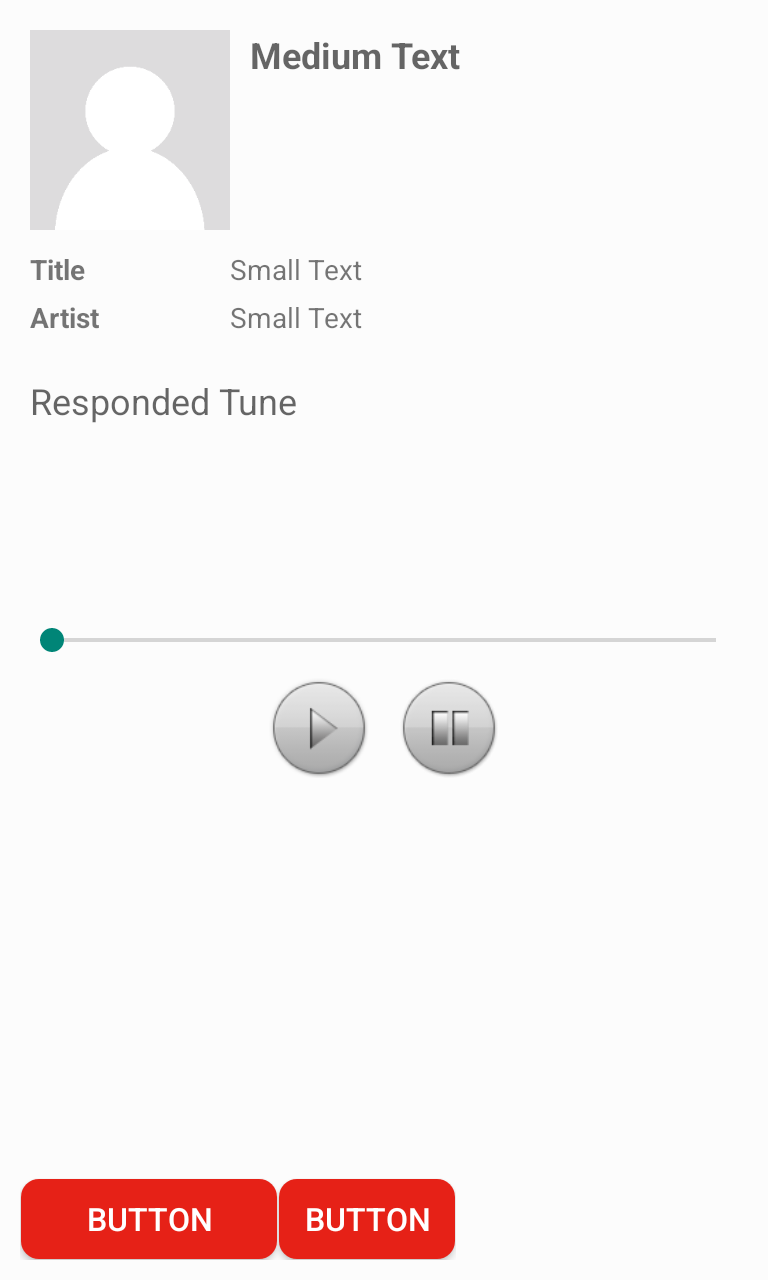
Repository: savindra/cutting-edge
Layout: Humzearch/res/layout/view_response_item.xml
These files come from the project's save history. The layout is drawn as it stood at one moment and after the next save; the edit follows.
It is drawn on a 768 x 1280 px phone screen (xhdpi) without system bars, with theme AppTheme; the app's code is not run.

Above is the layout before, as saved 2015-06-15 17:46:03.

### Humzearch/res/layout/view_response_item.xml
<?xml version="1.0" encoding="utf-8"?>
<RelativeLayout xmlns:android="http://schemas.android.com/apk/res/android"
    android:layout_width="match_parent"
    android:layout_height="match_parent"
    android:background="@color/background"
    android:orientation="vertical" >

    <ImageView
        android:id="@+id/imgViewResponseItemUser"
        android:layout_width="100dp"
        android:layout_height="100dp"
        android:layout_alignParentLeft="true"
        android:layout_alignParentTop="true"
        android:layout_marginLeft="15dp"
        android:layout_marginTop="15dp"
        android:src="@drawable/ic_default_user" />

    <LinearLayout
        android:id="@+id/linearLayout1"
        android:layout_width="wrap_content"
        android:layout_height="wrap_content"
        android:layout_alignParentLeft="true"
        android:layout_below="@+id/imgViewResponseItemUser"
        android:layout_marginLeft="15dp"
        android:layout_marginTop="10dp" >

        <TextView
            android:id="@+id/textView1"
            android:layout_width="100dp"
            android:layout_height="wrap_content"
            android:text="@string/title"
            android:textAppearance="?android:attr/textAppearanceSmall"
            android:textStyle="bold" />

        <TextView
            android:id="@+id/txtViewResponseItemTitle"
            android:layout_width="wrap_content"
            android:layout_height="wrap_content"
            android:text="Small Text"
            android:textAppearance="?android:attr/textAppearanceSmall" />
    </LinearLayout>

    <TextView
        android:id="@+id/txtViewResponseName"
        android:layout_width="wrap_content"
        android:layout_height="wrap_content"
        android:layout_alignTop="@+id/imgViewResponseItemUser"
        android:layout_marginLeft="10dp"
        android:layout_toRightOf="@+id/imgViewResponseItemUser"
        android:text="Medium Text"
        android:textAppearance="?android:attr/textAppearanceMedium"
        android:textStyle="bold" />

    <LinearLayout
        android:id="@+id/linearLayout2"
        android:layout_width="wrap_content"
        android:layout_height="wrap_content"
        android:layout_alignLeft="@+id/linearLayout1"
        android:layout_below="@+id/linearLayout1"
        android:layout_marginTop="5dp" >

        <TextView
            android:id="@+id/textView2"
            android:layout_width="100dp"
            android:layout_height="wrap_content"
            android:text="@string/artist"
            android:textAppearance="?android:attr/textAppearanceSmall"
            android:textStyle="bold" />

        <TextView
            android:id="@+id/textView3"
            android:layout_width="wrap_content"
            android:layout_height="wrap_content"
            android:text="Small Text"
            android:textAppearance="?android:attr/textAppearanceSmall" />
    </LinearLayout>

    <TextView
        android:id="@+id/textView4"
        android:layout_width="wrap_content"
        android:layout_height="wrap_content"
        android:layout_alignLeft="@+id/linearLayout2"
        android:layout_below="@+id/linearLayout2"
        android:layout_marginTop="20dp"
        android:text="@string/respondedtune"
        android:textAppearance="?android:attr/textAppearanceMedium" />

    <SeekBar
        android:id="@+id/seekBar1"
        android:layout_width="match_parent"
        android:layout_height="wrap_content"
        android:layout_alignParentLeft="true"
        android:layout_centerVertical="true"
        android:layout_margin="10dp" />

    <LinearLayout
        android:layout_width="match_parent"
        android:layout_height="wrap_content"
        android:layout_below="@+id/seekBar1"
        android:gravity="center" >

        <Button
            android:id="@+id/button1"
            android:layout_width="50dp"
            android:layout_height="50dp"
            android:layout_marginRight="15dp"
            android:background="@drawable/play_button" />

        <Button
            android:id="@+id/button2"
            android:layout_width="50dp"
            android:layout_height="50dp"
            android:background="@drawable/pause_button" />

    </LinearLayout>

    <LinearLayout
        android:layout_width="wrap_content"
        android:layout_height="wrap_content"
        android:layout_alignParentBottom="true"
        android:layout_alignParentLeft="true"
        android:layout_margin="10dp"
        android:orientation="horizontal" >

        <Button
            android:id="@+id/button3"
            android:layout_width="128dp"
            android:layout_height="40dp"
            android:layout_marginBottom="5dp"
            android:layout_margin="0.5"
            android:background="@drawable/buttonshape"
            android:text="Button"
            android:textColor="#FFFFFF"
            android:textSize="16sp" />

        <Button
            android:id="@+id/button4"
            android:layout_width="wrap_content"
            android:layout_height="40dp"
            android:layout_margin="0.5"
            android:background="@drawable/buttonshape"
            android:text="Button"
            android:textColor="#FFFFFF"
            android:textSize="16sp" />

    </LinearLayout>

</RelativeLayout>

### Humzearch/res/values-v21/style.xml
<?xml version="1.0" encoding="utf-8"?>
<resources>
    <style name="AppTheme" parent="AppTheme.Base">
        <!-- Customize your theme using Material Design here. -->
    </style>
</resources>

### Humzearch/res/values/styles.xml
<resources>

    <!-- Base application theme. -->
    <style name="AppTheme" parent="AppTheme.Base"/>

    <style name="AppTheme.Base" parent="Theme.AppCompat.Light.DarkActionBar">
        <!-- Customize your theme here. -->

        <!-- colorPrimary is used for the default action bar background -->
        <item name="colorPrimary">@color/ColorPrimary</item>

        <!-- colorPrimaryDark is used for the status bar -->
        <item name="colorPrimaryDark">@color/ColorPrimaryDark</item>

        <!-- colorAccent is used as the default value for colorControlActivated
             which is used to tint widgets -->

        <!-- You can also set colorControlNormal, colorControlActivated
             colorControlHighlight & colorSwitchThumbNormal. -->

        <item name="homeAsUpIndicator">@drawable/ic_drawer</item>
		<item name="android:homeAsUpIndicator">@drawable/ic_drawer</item>
    </style>

    <style name="AppTheme.NoTitleBar" parent="Theme.AppCompat.Light.NoActionBar">
        <!-- Customize your theme here. -->

        <!-- colorPrimary is used for the default action bar background -->
        <item name="colorPrimary">@color/ColorPrimary</item>

        <!-- colorPrimaryDark is used for the status bar -->
        <item name="colorPrimaryDark">@color/ColorPrimaryDark</item>

        <!-- colorAccent is used as the default value for colorControlActivated
             which is used to tint widgets -->

        <!-- You can also set colorControlNormal, colorControlActivated
             colorControlHighlight & colorSwitchThumbNormal. -->
    </style>

    <style name="AppTheme.BackButton" parent="Theme.AppCompat.Light.DarkActionBar">
        <!-- Customize your theme here. -->

        <!-- colorPrimary is used for the default action bar background -->
        <item name="colorPrimary">@color/ColorPrimary</item>

        <!-- colorPrimaryDark is used for the status bar -->
        <item name="colorPrimaryDark">@color/ColorPrimaryDark</item>

        <!-- colorAccent is used as the default value for colorControlActivated
             which is used to tint widgets -->

        <!-- You can also set colorControlNormal, colorControlActivated
             colorControlHighlight & colorSwitchThumbNormal. -->
    </style>

    <style name="toolbar_bottom" parent="Widget.AppCompat.Toolbar">
    	<item name="contentInsetStart">0dp</item>
    	<item name="contentInsetEnd">0dp</item>
	</style>

</resources>

### Humzearch/res/values/color.xml
<?xml version="1.0" encoding="utf-8"?>
<resources>
    <color name="ColorPrimary">#e62117</color>
    <color name="ColorPrimaryDark">#c31c13</color>
    <color name="tabsScrollColor">#8a140e</color>
    <color name="fontblack">#000</color>

    <!-- Main menu colors -->
    <color name="list_item_title">#303030</color>
    <color name="list_background">#eee</color>
    <color name="list_background_pressed">#aaa</color>
    <color name="list_divider">#ccc</color>
    <color name="counter_text_bg">#626262</color>
    <color name="counter_text_color">#c5c4c4</color>

    <color name="button">#ccc</color>

    <color name="link">#909090</color>
    <color name="secondbar">#f5f5f5</color>
    <color name="background">#fcfcfc</color>

</resources>

### Humzearch/res/values/dimens.xml
<resources>

    <!-- Default screen margins, per the Android Design guidelines. -->
    <dimen name="activity_horizontal_margin">16dp</dimen>
    <dimen name="activity_vertical_margin">16dp</dimen>
    <dimen name="fontsize">18sp</dimen>

    <dimen name="title">17dp</dimen>
    <dimen name="rating">15dip</dimen>
    <dimen name="genre">13dip</dimen>
    <dimen name="year">12dip</dimen>

</resources>

### Humzearch/res/values/strings.xml
<?xml version="1.0" encoding="utf-8"?>
<resources>

    <string name="app_name">Humzearch</string>
    <string name="hello_world">Hello world!</string>
    <string name="action_settings">Settings</string>
    <string name="username">Username</string>
    <string name="email">Email</string>
    <string name="password">Password</string>
    <string name="login">Login</string>
    <string name="firstname">First Name</string>
    <string name="fullname">Full Name</string>
    <string name="firstandlast">First and Last Name</string>
    <string name="passwordhint">At least 6 characters</string>
    <string name="confirmpass">Confirm Password</string>
    <string name="logout">Logout</string>

    <!-- Nav Drawer Menu Items -->
    <string-array name="main_menu_items">
        <item >Record Tune</item>
        <item >View Tunes</item>
        <item >View Responses</item>
        <item >Rewards</item>
        <item >Messages</item>
        <item >My Account</item>
    </string-array>

    <!-- Nav Drawer List Item Icons -->
    <array name="main_menu_icons">
        <item>@drawable/ic_recordtune</item>
        <item>@drawable/ic_viewtune</item>
        <item>@drawable/ic_viewresponse</item>
        <item>@drawable/ic_reward</item>
        <item>@drawable/ic_messages</item>
        <item>@drawable/ic_myaccount</item>
    </array>

    <string name="desc_list_item_icon">Item Icon</string>

    <string name="timerstart">00:00</string>

    <string name="taptorecord">Tap to Record</string>

    <string name="playpreview">Play Preview</string>

    <string name="notsatisfied">Not satisfied with results?</string>

    <string name="sharewithcommunity">SHARE WITH COMMUNITY</string>

    <!-- Language List -->
    <string-array name="language_array">
        <item>-- Not Selected --</item>
        <item>English</item>
        <item>Chinese/Mandarin</item>
        <item>Spanish</item>
        <item>Arabic</item>
        <item>Hindi</item>
        <item>Russain</item>
        <item>Sinhalese</item>
    </string-array>

    <!-- Country List -->
    <string-array name="countries_array">
        <item>Not Selected</item>
	    <item>Afghanistan</item>
	    <item>Albania</item>
	    <item>Algeria</item>
	    <item>American Samoa</item>
	    <item>Andorra</item>
	    <item>Angola</item>
	    <item>Anguilla</item>
	    <item>Antarctica</item>
	    <item>Antigua and Barbuda</item>
	    <item>Argentina</item>
	    <item>Armenia</item>
	    <item>Aruba</item>
	    <item>Australia</item>
	    <item>Austria</item>
	    <item>Azerbaijan</item>
	    <item>Bahrain</item>
	    <item>Bangladesh</item>
	    <item>Barbados</item>
	    <item>Belarus</item>
	    <item>Belgium</item>
	    <item>Belize</item>
	    <item>Benin</item>
	    <item>Bermuda</item>
	    <item>Bhutan</item>
	    <item>Bolivia</item>
	    <item>Bosnia and Herzegovina</item>
	    <item>Botswana</item>
	    <item>Bouvet Island</item>
	    <item>Brazil</item>
	    <item>British Indian Ocean Territory</item>
	    <item>British Virgin Islands</item>
	    <item>Brunei</item>
	    <item>Bulgaria</item>
	    <item>Burkina Faso</item>
	    <item>Burundi</item>
	    <item>Cambodia</item>
	    <item>Cameroon</item>
	    <item>Canada</item>
	    <item>Cape Verde</item>
	    <item>Cayman Islands</item>
	    <item>Central African Republic</item>
	    <item>Chad</item>
	    <item>Chile</item>
	    <item>China</item>
	    <item>Christmas Island</item>
	    <item>Cocos (Keeling) Islands</item>
	    <item>Colombia</item>
	    <item>Comoros</item>
	    <item>Congo</item>
	    <item>Cook Islands</item>
	    <item>Costa Rica</item>
	    <item>Cote d\'Ivoire</item>
	    <item>Croatia</item>
	    <item>Cuba</item>
	    <item>Cyprus</item>
	    <item>Czech Republic</item>
	    <item>Democratic Republic of the Congo</item>
	    <item>Denmark</item>
	    <item>Djibouti</item>
	    <item>Dominica</item>
	    <item>Dominican Republic</item>
	    <item>East Timor</item>
	    <item>Ecuador</item>
	    <item>Egypt</item>
	    <item>El Salvador</item>
	    <item>Equatorial Guinea</item>
	    <item>Eritrea</item>
	    <item>Estonia</item>
	    <item>Ethiopia</item>
	    <item>Faeroe Islands</item>
	    <item>Falkland Islands</item>
	    <item>Fiji</item>
	    <item>Finland</item>
	    <item>Former Yugoslav Republic of Macedonia</item>
	    <item>France</item>
	    <item>French Guiana</item>
	    <item>French Polynesia</item>
	    <item>French Southern Territories</item>
	    <item>Gabon</item>
	    <item>Georgia</item>
	    <item>Germany</item>
	    <item>Ghana</item>
	    <item>Gibraltar</item>
	    <item>Greece</item>
	    <item>Greenland</item>
	    <item>Grenada</item>
	    <item>Guadeloupe</item>
	    <item>Guam</item>
	    <item>Guatemala</item>
	    <item>Guinea</item>
	    <item>Guinea-Bissau</item>
	    <item>Guyana</item>
	    <item>Haiti</item>
	    <item>Heard Island and McDonald Islands</item>
	    <item>Honduras</item>
	    <item>Hong Kong</item>
	    <item>Hungary</item>
	    <item>Iceland</item>
	    <item>India</item>
	    <item>Indonesia</item>
	    <item>Iran</item>
	    <item>Iraq</item>
	    <item>Ireland</item>
	    <item>Israel</item>
	    <item>Italy</item>
	    <item>Jamaica</item>
	    <item>Japan</item>
	    <item>Jordan</item>
	    <item>Kazakhstan</item>
	    <item>Kenya</item>
	    <item>Kiribati</item>
	    <item>Kuwait</item>
	    <item>Kyrgyzstan</item>
	    <item>Laos</item>
	    <item>Latvia</item>
	    <item>Lebanon</item>
	    <item>Lesotho</item>
	    <item>Liberia</item>
	    <item>Libya</item>
	    <item>Liechtenstein</item>
	    <item>Lithuania</item>
	    <item>Luxembourg</item>
	    <item>Macau</item>
	    <item>Madagascar</item>
	    <item>Malawi</item>
	    <item>Malaysia</item>
	    <item>Maldives</item>
	    <item>Mali</item>
	    <item>Malta</item>
	    <item>Marshall Islands</item>
	    <item>Martinique</item>
	    <item>Mauritania</item>
	    <item>Mauritius</item>
	    <item>Mayotte</item>
	    <item>Mexico</item>
	    <item>Micronesia</item>
	    <item>Moldova</item>
	    <item>Monaco</item>
	    <item>Mongolia</item>
	    <item>Montenegro</item>
	    <item>Montserrat</item>
	    <item>Morocco</item>
	    <item>Mozambique</item>
	    <item>Myanmar</item>
	    <item>Namibia</item>
	    <item>Nauru</item>
	    <item>Nepal</item>
	    <item>Netherlands</item>
	    <item>Netherlands Antilles</item>
	    <item>New Caledonia</item>
	    <item>New Zealand</item>
	    <item>Nicaragua</item>
	    <item>Niger</item>
	    <item>Nigeria</item>
	    <item>Niue</item>
	    <item>Norfolk Island</item>
	    <item>North Korea</item>
	    <item>Northern Marianas</item>
	    <item>Norway</item>
	    <item>Oman</item>
	    <item>Pakistan</item>
	    <item>Palau</item>
	    <item>Panama</item>
	    <item>Papua New Guinea</item>
	    <item>Paraguay</item>
	    <item>Peru</item>
	    <item>Philippines</item>
	    <item>Pitcairn Islands</item>
	    <item>Poland</item>
	    <item>Portugal</item>
	    <item>Puerto Rico</item>
	    <item>Qatar</item>
	    <item>Reunion</item>
	    <item>Romania</item>
	    <item>Russia</item>
	    <item>Rwanda</item>
	    <item>Sqo Tome and Principe</item>
	    <item>Saint Helena</item>
	    <item>Saint Kitts and Nevis</item>
	    <item>Saint Lucia</item>
	    <item>Saint Pierre and Miquelon</item>
	    <item>Saint Vincent and the Grenadines</item>
	    <item>Samoa</item>
	    <item>San Marino</item>
	    <item>Saudi Arabia</item>
	    <item>Senegal</item>
	    <item>Serbia</item>
	    <item>Seychelles</item>
	    <item>Sierra Leone</item>
	    <item>Singapore</item>
	    <item>Slovakia</item>
	    <item>Slovenia</item>
	    <item>Solomon Islands</item>
	    <item>Somalia</item>
	    <item>South Africa</item>
	    <item>South Georgia and the South Sandwich Islands</item>
	    <item>South Korea</item>
	    <item>South Sudan</item>
	    <item>Spain</item>
	    <item>Sri Lanka</item>
	    <item>Sudan</item>
	    <item>Suriname</item>
	    <item>Svalbard and Jan Mayen</item>
	    <item>Swaziland</item>
	    <item>Sweden</item>
	    <item>Switzerland</item>
	    <item>Syria</item>
	    <item>Taiwan</item>
	    <item>Tajikistan</item>
	    <item>Tanzania</item>
	    <item>Thailand</item>
	    <item>The Bahamas</item>
	    <item>The Gambia</item>
	    <item>Togo</item>
	    <item>Tokelau</item>
	    <item>Tonga</item>
	    <item>Trinidad and Tobago</item>
	    <item>Tunisia</item>
	    <item>Turkey</item>
	    <item>Turkmenistan</item>
	    <item>Turks and Caicos Islands</item>
	    <item>Tuvalu</item>
	    <item>Virgin Islands</item>
	    <item>Uganda</item>
	    <item>Ukraine</item>
	    <item>United Arab Emirates</item>
	    <item>United Kingdom</item>
	    <item>United States</item>
	    <item>United States Minor Outlying Islands</item>
	    <item>Uruguay</item>
	    <item>Uzbekistan</item>
	    <item>Vanuatu</item>
	    <item>Vatican City</item>
	    <item>Venezuela</item>
	    <item>Vietnam</item>
	    <item>Wallis and Futuna</item>
	    <item>Western Sahara</item>
	    <item>Yemen</item>
	    <item>Yugoslavia</item>
	    <item>Zambia</item>
	    <item>Zimbabwe</item>
 	</string-array>
	    <string name="artist">Artist</string>
	    <string name="language">Language</string>
	    <string name="country">Country</string>
	    <string name="year">Year</string>
	    <string name="share">Share</string>
	    <string name="playtune">Play Tune</string>
	    <string name="addresponse">ADD RESPONSE</string>
	    <string name="title">Title</string>
	    <string name="alltunes">All Tunes</string>
	    <string name="mytunes">My Tunes</string>
	    <string name="deletepermanently">Delete Permanently</string>
	    <string name="respondedtune">Responded Tune</string>

</resources>

### Humzearch/res/drawable/play_button.xml
<?xml version="1.0" encoding="utf-8"?>
<selector xmlns:android="http://schemas.android.com/apk/res/android">
    <item android:drawable="@drawable/ic_play_pressed"
          android:state_pressed="true" />
    <item android:drawable="@drawable/ic_play_focussed"
          android:state_focused="true" />
    <item android:drawable="@drawable/ic_play_normal" />
</selector>

### Humzearch/res/drawable/pause_button.xml
<?xml version="1.0" encoding="utf-8"?>
<selector xmlns:android="http://schemas.android.com/apk/res/android">
    <item android:drawable="@drawable/ic_pause_pressed"
          android:state_pressed="true" />
    <item android:drawable="@drawable/ic_pause_focussed"
          android:state_focused="true" />
    <item android:drawable="@drawable/ic_pause_normal" />
</selector>

### Humzearch/res/drawable/buttonshape.xml
<?xml version="1.0" encoding="utf-8"?>
<shape xmlns:android="http://schemas.android.com/apk/res/android" android:shape="rectangle" >
	<corners
		android:radius="9dp"
	/>
	<solid
		android:color="#e62117"
	/>
	<padding
		android:left="0dp"
		android:top="0dp"
		android:right="0dp"
		android:bottom="0dp"
	/>
</shape>

After the next save:
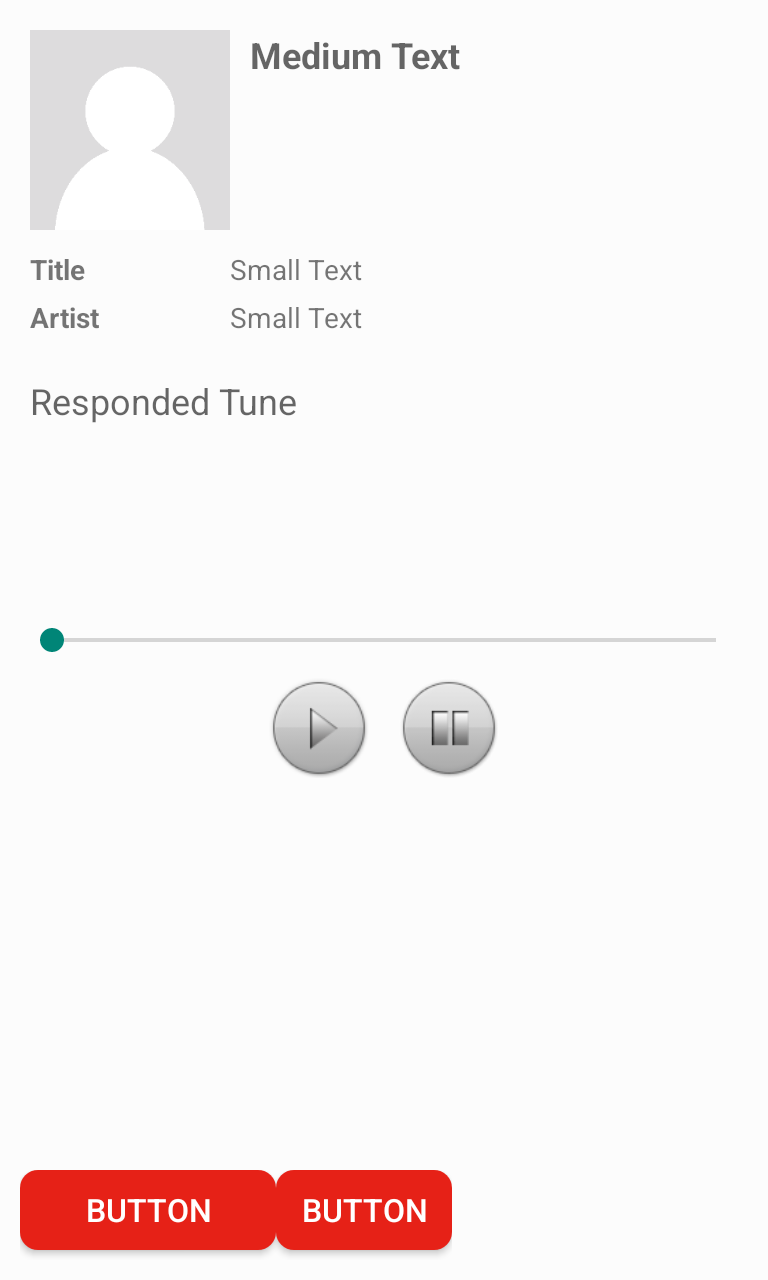
Saved 25 s later.
--- a/Humzearch/res/layout/view_response_item.xml
+++ b/Humzearch/res/layout/view_response_item.xml
@@ -127,7 +127,7 @@
             android:layout_width="128dp"
             android:layout_height="40dp"
             android:layout_marginBottom="5dp"
-            android:layout_margin="0.5"
+            android:layout_weight="0.5"
             android:background="@drawable/buttonshape"
             android:text="Button"
             android:textColor="#FFFFFF"
@@ -137,7 +137,7 @@
             android:id="@+id/button4"
             android:layout_width="wrap_content"
             android:layout_height="40dp"
-            android:layout_margin="0.5"
+            android:layout_weight="0.5"
             android:background="@drawable/buttonshape"
             android:text="Button"
             android:textColor="#FFFFFF"
